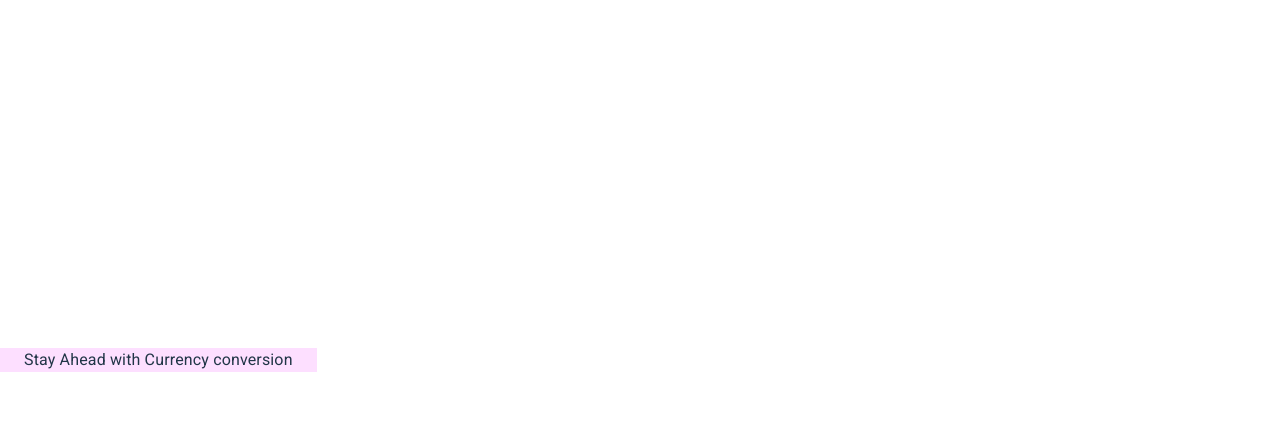
Repository: Asad-devv/CURRENCY
Page: /
The author's editor kept a copy of each file at every save. The page is drawn from the files as they stood at one save, then again after a run of saves.
The browser window is 1280 px wide. The pictures show the whole page.
The project was rebuilt for these pictures with package versions that can differ from the ones it lists, and the page was loaded fresh each time. Also part of the build but not shown: craco.config.js.

Above is the page before, as saved 2023-03-01 20:08:08.

After the next 5 saves:
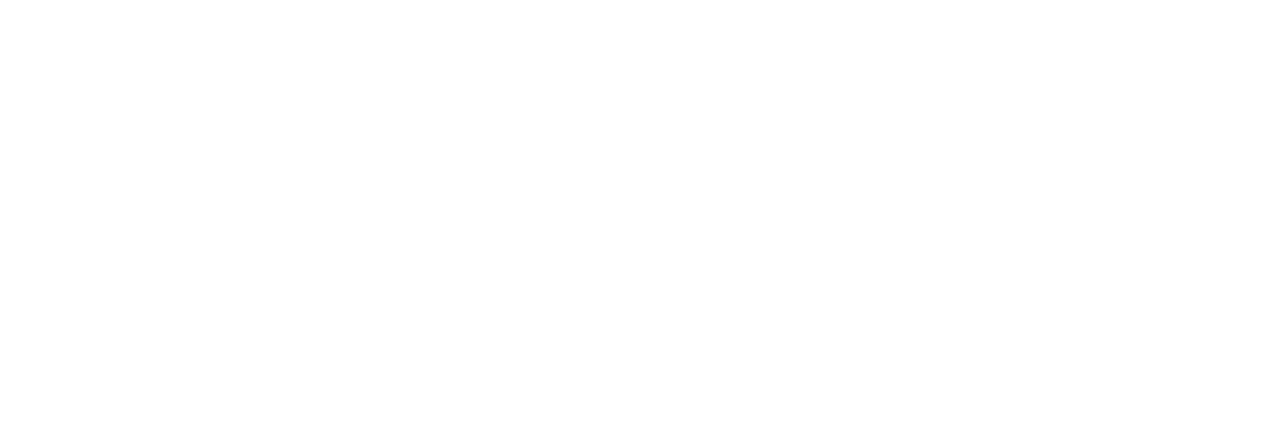
Console error: ReferenceError: mt is not defined
The 5 saves are shown as one change because 1 did not build or start and some came seconds apart.
The last was saved 15 s later.
--- a/src/App.jsx
+++ b/src/App.jsx
@@ -8,7 +8,7 @@
 
   return (
     <Container maxWidth="md" sx={{ background: "#fddfff" }}>
-      <Typography >Stay Ahead with Currency conversion</Typography>
+      <Typography sx={{mt}}>Stay Ahead with Currency conversion</Typography>
     </Container>
   );
 }

After the save that followed:
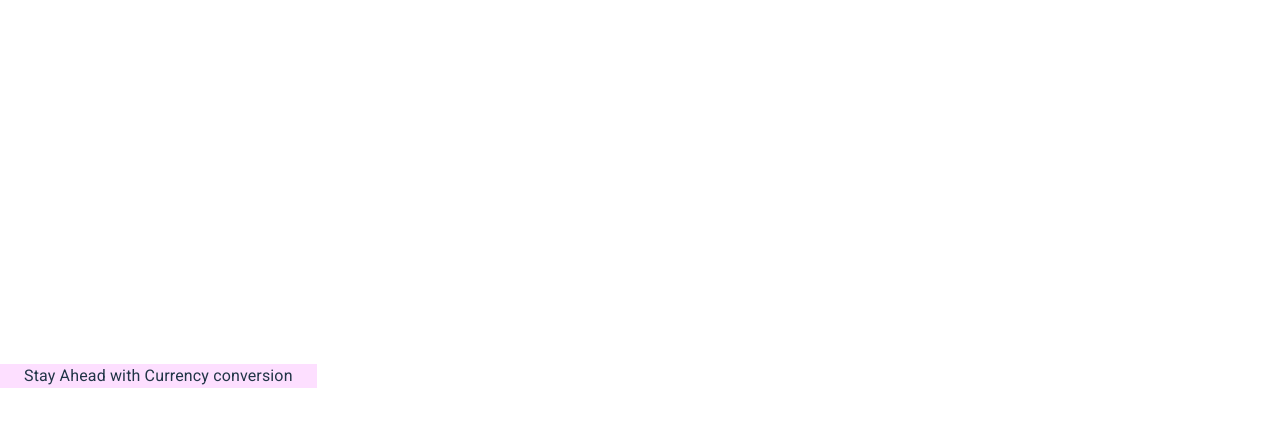
The error is gone.
Saved 4 s later.
--- a/src/App.jsx
+++ b/src/App.jsx
@@ -8,7 +8,7 @@
 
   return (
     <Container maxWidth="md" sx={{ background: "#fddfff" }}>
-      <Typography sx={{mt}}>Stay Ahead with Currency conversion</Typography>
+      <Typography sx={{mt:"2rem"}}>Stay Ahead with Currency conversion</Typography>
     </Container>
   );
 }
